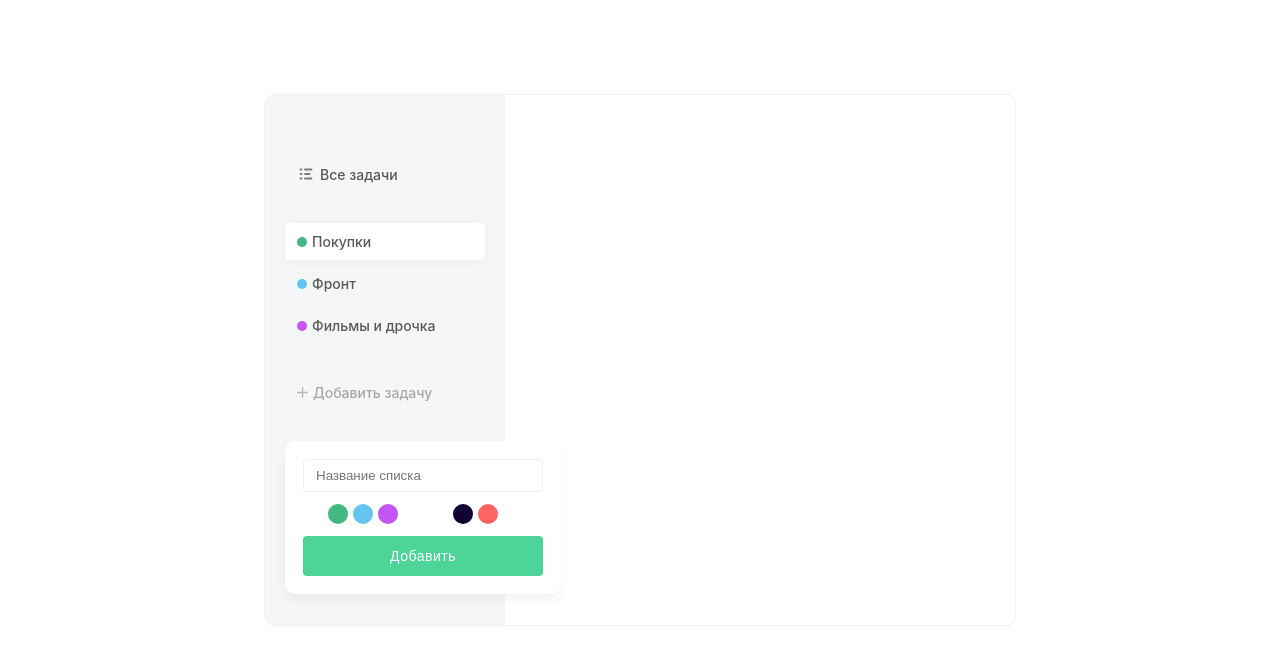
Repository: AzimAzimov/Todo
Page: /
The author's editor kept a copy of each file at every save. The page is drawn from the files as they stood at one save, then again after the next save.
The browser window is 1280 px wide. The pictures show the whole page.
The project was rebuilt for these pictures with package versions that can differ from the ones it lists, and the page was loaded fresh each time.

Above is the page before, as saved 2023-02-19 15:46:00.

### src/index.js
import React from 'react';
import ReactDOM from 'react-dom/client';
import './scss/index.scss';
import App from './App';

const root = ReactDOM.createRoot(document.getElementById('root'));
root.render(
  <React.StrictMode>
    <App />
  </React.StrictMode>
);

### src/scss/index.scss
@import "_normalize.scss";

body {
  margin: 0;
  font-family: -apple-system, BlinkMacSystemFont, 'Segoe UI', 'Montserrat', 'Oxygen',
    'Ubuntu', 'Cantarell', 'Fira Sans', 'Droid Sans', 'Helvetica Neue',
    sans-serif;
  -webkit-font-smoothing: antialiased;
  -moz-osx-font-smoothing: grayscale;
}

.todo {
  position: absolute;
  left: 50%;
  top: 50%;
  width: 750px;
  height: 530px;
  transform: translate(-50%, -50%);
  border: 1px solid #f1f1f1;
  border-radius: 10px;
  overflow: hidden;
  font-size: 14px;
  &__sidebar {
    background: #F4F6F8;
    width: 200px;
    height: calc(100% - 120px);
    padding: 60px 20px;
  }

}

### src/App.js
import React, { useState } from 'react';
import AddButtonList from './components/addButtonList/AddButtonList';

import List from './components/sidebar/List';
import DB from './assets/db.json'
import './scss/index.scss';


function App() {

  const [ value, setValue ] = useState('kjjk')

  return (
    <div className="todo">
      <div className="todo__sidebar">
        <List items={[
          {
            icon: (
              <svg width="18" height="18" viewBox="0 0 18 18" fill="none" xmlns="http://www.w3.org/2000/svg">
                <path d="M12.96 8.10001H7.74001C7.24321 8.10001 7.20001 8.50231 7.20001 9.00001C7.20001 9.49771 7.24321 9.90001 7.74001 9.90001H12.96C13.4568 9.90001 13.5 9.49771 13.5 9.00001C13.5 8.50231 13.4568 8.10001 12.96 8.10001V8.10001ZM14.76 12.6H7.74001C7.24321 12.6 7.20001 13.0023 7.20001 13.5C7.20001 13.9977 7.24321 14.4 7.74001 14.4H14.76C15.2568 14.4 15.3 13.9977 15.3 13.5C15.3 13.0023 15.2568 12.6 14.76 12.6ZM7.74001 5.40001H14.76C15.2568 5.40001 15.3 4.99771 15.3 4.50001C15.3 4.00231 15.2568 3.60001 14.76 3.60001H7.74001C7.24321 3.60001 7.20001 4.00231 7.20001 4.50001C7.20001 4.99771 7.24321 5.40001 7.74001 5.40001ZM4.86001 8.10001H3.24001C2.74321 8.10001 2.70001 8.50231 2.70001 9.00001C2.70001 9.49771 2.74321 9.90001 3.24001 9.90001H4.86001C5.35681 9.90001 5.40001 9.49771 5.40001 9.00001C5.40001 8.50231 5.35681 8.10001 4.86001 8.10001ZM4.86001 12.6H3.24001C2.74321 12.6 2.70001 13.0023 2.70001 13.5C2.70001 13.9977 2.74321 14.4 3.24001 14.4H4.86001C5.35681 14.4 5.40001 13.9977 5.40001 13.5C5.40001 13.0023 5.35681 12.6 4.86001 12.6ZM4.86001 3.60001H3.24001C2.74321 3.60001 2.70001 4.00231 2.70001 4.50001C2.70001 4.99771 2.74321 5.40001 3.24001 5.40001H4.86001C5.35681 5.40001 5.40001 4.99771 5.40001 4.50001C5.40001 4.00231 5.35681 3.60001 4.86001 3.60001Z" fill="black"/>
              </svg>
            ),
            name: 'Все задачи',
          }
        ]} />
        <List
          isRemovable={true}
          items={[
            {
              color: 'green',
              name: 'Покупки',
              active: true,
            },
            {
              color: 'blue',
              name: 'Фронт',
            },
            {
              color: 'pink',
              name: 'Фильмы и дрочка',
            },
          ]}
        />
        <AddButtonList colors={DB.colors} />
      </div>
      <div className='todo__tasks'></div>
    </div>
  );
}

export default App;

### src/scss/_normalize.scss
* {
  padding: 0;
  margin: 0;
  list-style: none;
  outline: none;
}

html {
  -ms-text-size-adjust: 100%;
  -webkit-text-size-adjust: 100%;
}

body {
  -moz-osx-font-smoothing: grayscale;
  -webkit-font-smoothing: antialiased;

}

a,
span,
p,
b,
h1,
h2,
h3,
h4,
h5 {
  margin: 0;
  padding: 0;
  text-decoration: none
}

h1 {
  font-size: 48px;
}

h2 {
  font-weight: 600;
  font-size: 28px;
  line-height: 30px;
}

a {
  text-decoration: none;
}

### src/components/addButtonList/AddButtonList.jsx
import React, {useState} from 'react'
import Badge from '../badge/Badge';
import List from '../sidebar/List'
import "./AddListButton.scss"


const AddButtonList = ({ colors }) => {
  const [visiblePopup, setVisiblePopup] = useState(true);

  return (
    <div className="add__list">
      <List
        onClick={()=> setVisiblePopup(true)}
        items={[
          {
            className: 'todo__list__button',
            icon: (
              <svg width="11" height="11" viewBox="0 0 16 16" fill="none" xmlns="http://www.w3.org/2000/svg">
                <path d="M8 1V15" stroke="black" strokeWidth="2" strokeLinecap="round" strokeLinejoin="round"/>
                <path d="M1 8H15" stroke="black" strokeWidth="2" strokeLinecap="round" strokeLinejoin="round"/>
              </svg>
            ),
            name: 'Добавить задачу'
          }
        ]}
      />
      {visiblePopup &&
        <div className="add__list__popup">
          <input className='field' type='text' placeholder='Название списка' />
          <div className="add__list__popup__colors">
            {colors.map(color => <Badge key={color.id} color={color.name} /> )}
          </div>
          <button className='button'>Добавить</button>
        </div>
      }
    </div>
  )
}

export default AddButtonList

### src/components/sidebar/List.jsx
import React from 'react'
import classNames from 'classnames';

import './List.scss';
import Badge from '../badge/Badge';

const List = ({ items, isRemovable, onClick }) => {
  return (
    <ul onClick={onClick} className='todo__list'>
      {items.map((item, index) => (
        <li key={index} className={classNames(item.className, { active: item.active })}>
          <i>{item.icon ? item.icon : <Badge color={item.color} />}</i>
          <span>{item.name}</span>
        </li>
      ))}
    </ul>
  )
}

export default List

### src/assets/db.json
{
  "lists": [
    {
      "id": 1,
      "name": "Продажи",
      "colorId": 5
    },
    {
      "id": 2,
      "name": "Фронтенд",
      "colorId": 4
    },
    {
      "id": 3,
      "name": "Фильмы и сериалы",
      "colorId": 3
    },
    {
      "id": 4,
      "name": "Книги",
      "colorId": 2
    },
    {
      "id": 5,
      "name": "Личное",
      "colorId": 1
    },
    {
      "name": "Спорт",
      "colorId": 3,
      "id": 6
    },
    {
      "name": "Курс по ReactJS ToDo",
      "colorId": 7,
      "id": 7
    }
  ],
  "tasks": [
    {
      "id": 1,
      "listId": 2,
      "text": "Изучить JavaScript",
      "completed": true
    },
    {
      "id": 2,
      "listId": 2,
      "text": "Изучить паттерны проектирования",
      "completed": false
    },
    {
      "id": 3,
      "listId": 2,
      "text": "ReactJS Hooks (useState, useReducer, useEffect и т.д.)",
      "completed": true
    },
    {
      "id": 4,
      "listId": 2,
      "text": "Redux (redux-observable, redux-saga)",
      "completed": false
    },
    {
      "listId": 2,
      "text": "123",
      "completed": true,
      "id": 5
    },
    {
      "listId": 1,
      "text": "test",
      "completed": false,
      "id": 6
    },
    {
      "listId": 1,
      "text": "qweqwe",
      "completed": false,
      "id": 7
    },
    {
      "listId": 1,
      "text": "qweqwe",
      "completed": true,
      "id": 8
    },
    {
      "listId": 1,
      "text": "123",
      "completed": false,
      "id": 9
    },
    {
      "listId": 4,
      "text": "Купить 1984!",
      "completed": true,
      "id": 10
    },
    {
      "listId": 2,
      "text": "222",
      "completed": true,
      "id": 12
    },
    {
      "listId": 7,
      "text": "Сделали сайдбар",
      "completed": true,
      "id": 15
    },
    {
      "listId": 7,
      "text": "Сделали список задач",
      "completed": true,
      "id": 16
    },
    {
      "listId": 7,
      "text": "Сделали удаление и редактирование задач и списков",
      "completed": true,
      "id": 17
    },
    {
      "listId": 8,
      "text": "tttt",
      "completed": false,
      "id": 18
    }
  ],
  "colors": [
    {
      "id": 1,
      "hex": "#C9D1D3",
      "name": "grey"
    },
    {
      "id": 2,
      "hex": "#42B883",
      "name": "green"
    },
    {
      "id": 3,
      "hex": "#64C4ED",
      "name": "blue"
    },
    {
      "id": 4,
      "hex": "#FFBBCC",
      "name": "pink"
    },
    {
      "id": 5,
      "hex": "#B6E6BD",
      "name": "lime"
    },
    {
      "id": 6,
      "hex": "#C355F5",
      "name": "purple"
    },
    {
      "id": 7,
      "hex": "#110133",
      "name": "black"
    },
    {
      "id": 8,
      "hex": "#FF6464",
      "name": "red"
    }
  ]
}

### src/components/badge/Badge.jsx
import React from 'react'

import "./Barge.scss"

const Badge = ({ color }) => <i className={`badge badge__${color}`}></i>

export default Badge

### src/components/addButtonList/AddListButton.scss
.add__list {
  &__popup {
    width: 240px;
    background: #FFFFFF;
    box-shadow: 0px 6px 10px rgba(0, 0, 0, 0.05);
    border-radius: 10px;
    padding: 18px;
    &__colors {
      display: flex;
      gap: 5px;
      margin: 12px 0;

      .badge {
        width: 20px;
        height: 20px;
        border-radius: 50%;
        position: static;
      }
    }
  }

  .field {
    width: 100%;
    background: #FFFFFF;
    border: 1px solid #EFEFEF;
    border-radius: 4px;
    box-sizing: border-box;
    padding: 8px 12px;
    &:focus {
      border-color: #dadada;
    }
  }

  .button {
    cursor: pointer;
    width: 100%;
    padding: 12px 20px;
    background: #4DD599;
    border-radius: 4px;
    border: none;
    letter-spacing: .5px;
    font-size: 14px;
    color: #FFFFFF;
    transition: all 0.3 ease;
    &:hover {
      background: darken(#4DD599, 4%);
    }
    &:active {
      background: darken(#4DD599, 12%);
    }
  }
}

### src/components/sidebar/List.scss

.todo__list {
  margin-bottom: 30px;
  &__button {
    opacity: 0.5;
    &:hover {
      opacity: 1;
    }
    svg {
      transition: all 0.3s ease;
      path {
        stroke: #7C7C7C;
      }
    }
    span {
      color: #7c7c7c;
      transition: all 0.3s ease;
    }
  }

  li {
    display: flex;
    align-items: center;
    gap: 5px;
    padding: 10px 12px;
    margin-bottom: 5px;
    cursor: pointer;
    &.active {
      background: #FFFFFF;
      box-shadow: 0px 2px 10px rgba(0, 0, 0, 0.04);
      border-radius: 4px;
    }

    i {
      display: inline-flex;
      svg {
        path {
          fill: #7C7C7C;
        }
      }
    }

    span {
      font-weight: 500;
      color: #595959;
    }
  }
}

### src/components/badge/Barge.scss
  .badge {
    display: inline-block;
    width: 10px;
    height: 10px;
    border-radius: 50%;

    &__green {
      background-color: #42B883;
    }

    &__blue {
      background-color: #64C4ED;
    }

    &__pink {
      background-color: #FFBBCC;
    }

    &__red {
      background-color: #FF6464;
    }

    &__black {
      background-color: #110133;
    }

    &__pink {
      background-color: #C355F5;
    }
  }

Loaded but not shown: public/index.html (common file)

After the next save:
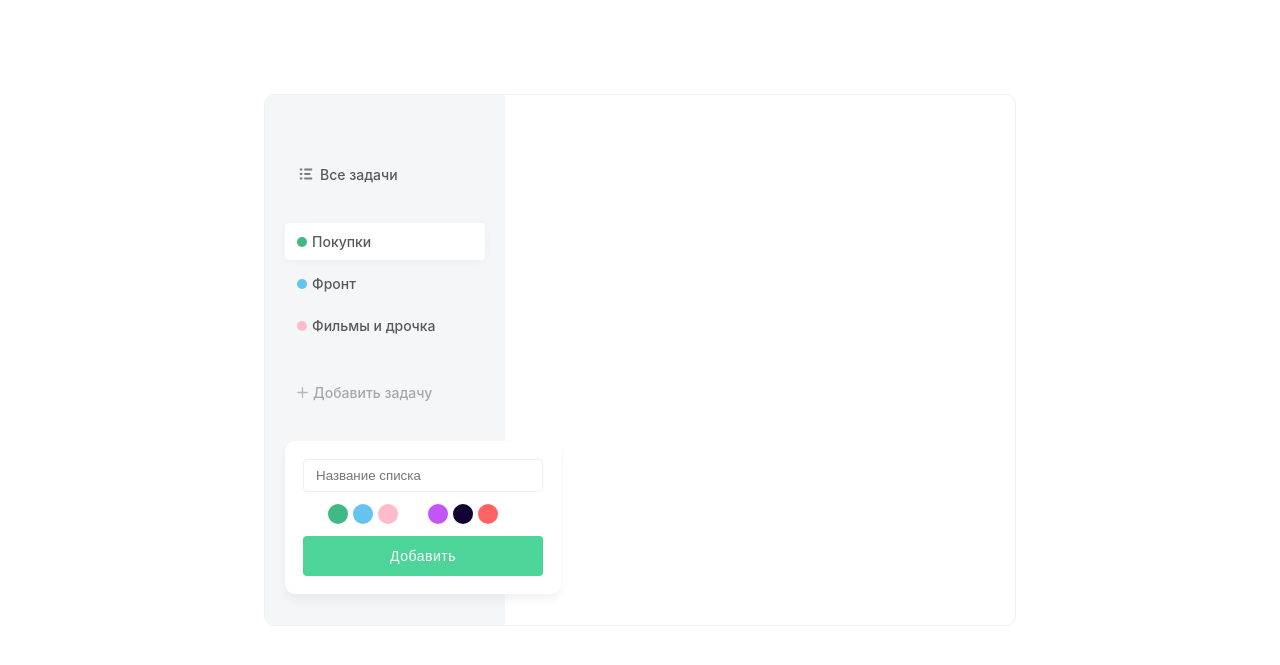
Saved 13 s later.
--- a/src/components/badge/Barge.scss
+++ b/src/components/badge/Barge.scss
@@ -24,7 +24,7 @@
       background-color: #110133;
     }
 
-    &__pink {
+    &__purple {
       background-color: #C355F5;
     }
   }
